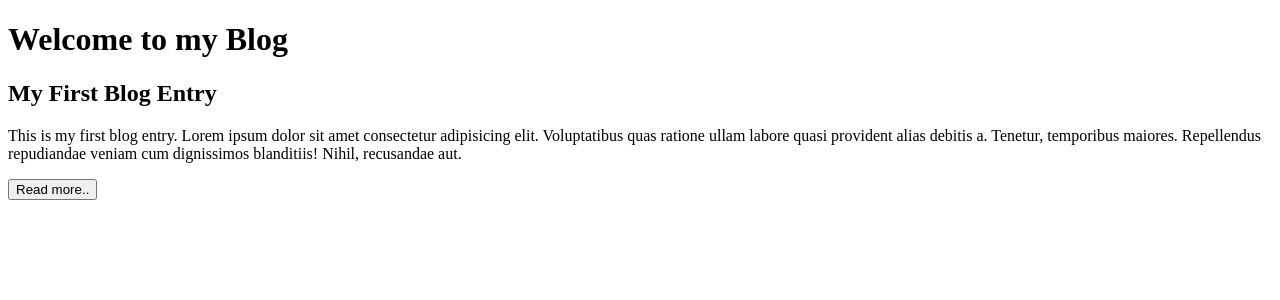
Repository: deniseada/class1
Page: /
An editor plug-in stored every save of this project. The page is shown before and after the next save, followed by the edit.
The browser window is 1280 px wide. The pictures show the whole page.
The project was rebuilt for these pictures with package versions that can differ from the ones it lists, and the page was loaded fresh each time. Also part of the build but not shown: vite.config.js, src/index.css.

Above is the page before, as saved 2025-09-10 13:41:23.

### index.html
<!DOCTYPE html>
<html lang="en">
  <head>
    <meta charset="UTF-8" />
    <!-- <link rel="icon" type="image/svg+xml" href="/vite.svg" />
-->
    <link rel="icon" type="image/png" href="/favicon.ico" />
    <meta name="viewport" content="width=device-width, initial-scale=1.0" />
    <title>class1-React</title>
  </head>
  <body>
    <div id="root"></div>
    <script type="module" src="/src/main.jsx"></script>
  </body>
</html>

### src/App.jsx
function App() {
  return (
    <div className="App">
      <h1>Welcome to my Blog</h1>
      <BlogEntry />
    </div>
  );
}

function BlogEntry() {
  return (
    <div>
      <h2>My First Blog Entry</h2>
      <p>
        This is my first blog entry. Lorem ipsum dolor sit amet consectetur
        adipisicing elit. Voluptatibus quas ratione ullam labore quasi provident
        alias debitis a. Tenetur, temporibus maiores. Repellendus repudiandae
        veniam cum dignissimos blanditiis! Nihil, recusandae aut.
      </p>
      <button>Read more..</button>
    </div>
  );
}

export default App;

Loaded but not shown: src/main.jsx (common file)

After the next save:
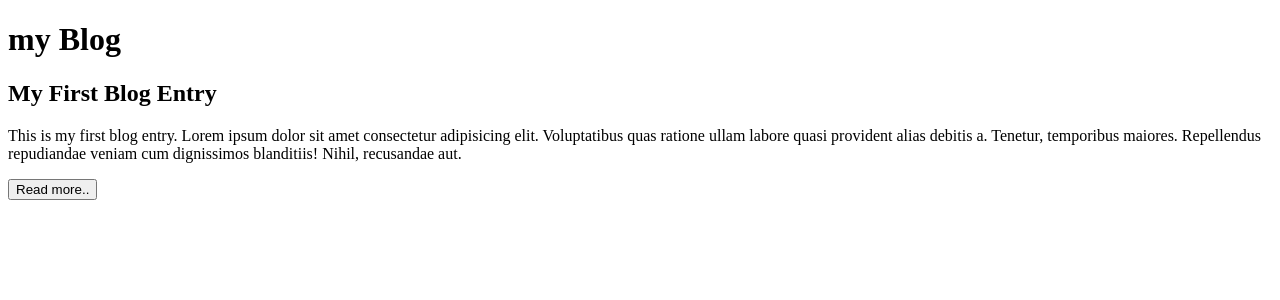
Saved 13 s later.
--- a/src/App.jsx
+++ b/src/App.jsx
@@ -1,7 +1,7 @@
 function App() {
   return (
-    <div className="App">
-      <h1>Welcome to my Blog</h1>
+    <div>
+      <h1>my Blog</h1>
       <BlogEntry />
     </div>
   );
